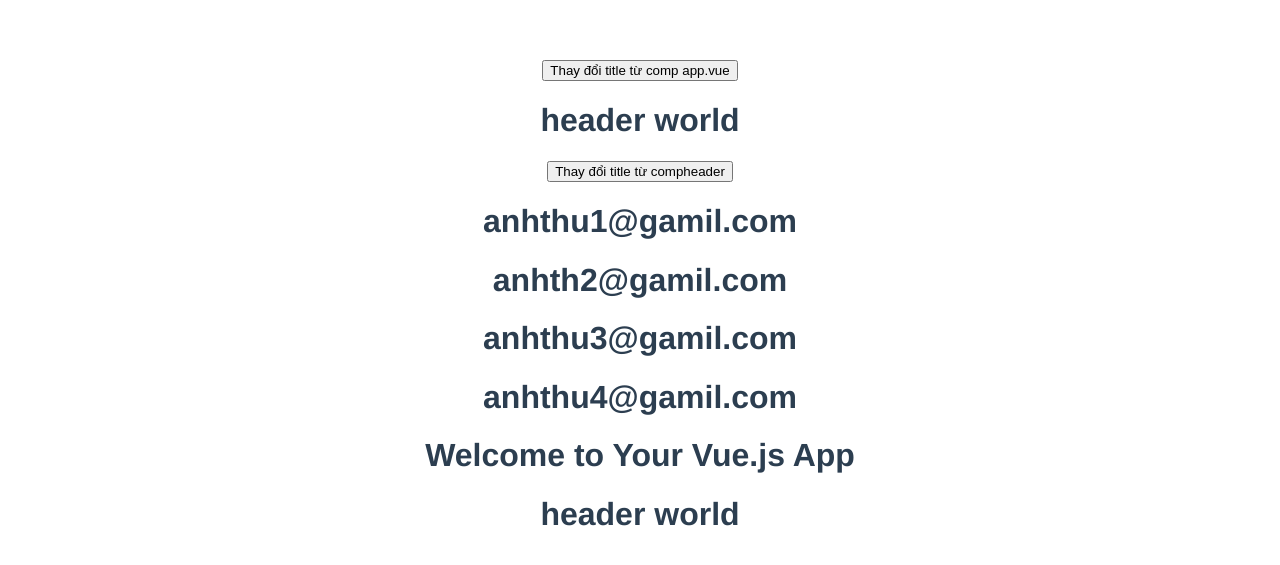
Repository: anhthu112/Todo-list
Page: /
These files come from the project's save history. The page is drawn as it stood at one moment and after the next save; the edit follows.
The browser window is 1280 px wide. The pictures show the whole page.
The project was rebuilt for these pictures with package versions that can differ from the ones it lists, and the page was loaded fresh each time. Also part of the build but not shown: vue.config.js.

Above is the page before, as saved 2024-01-22 15:55:20.

### src/App.vue
<template>
  <div class="container">
    <button v-on:click="title='Yoon Jeonghan'">Thay đổi title từ comp app.vue</button>
    <CompHeader v-bind:title="title"/>
    <ListUser v-bind:listUser="listUser"/>
    <HelloWorld msg="Welcome to Your Vue.js App"/>
    <ComFooter v-bind:title="title"/>
  </div>

</template>

<script>
import HelloWorld from './components/HelloWorld.vue'
import CompHeader from './components/CompHeader.vue';
import ComFooter from './components/ComFooter.vue';
import ListUser from './components/ListUser.vue';
export default {
  name: 'App',
  data(){
    return {
      title:'header world',
      listUser : [
        {id:1000, email:'anhthu1@gamil.com', active: true},
        {id:1001, email:'anhth2@gamil.com', active: true},
        {id:1002, email:'anhthu3@gamil.com', active: true},
        {id:1003, email:'anhthu4@gamil.com', active: false}
      ]
    }
  },
  components: {
    HelloWorld,
    CompHeader,
    ComFooter,
    ListUser
}
}
</script>

<style>
#app {
  font-family: Avenir, Helvetica, Arial, sans-serif;
  -webkit-font-smoothing: antialiased;
  -moz-osx-font-smoothing: grayscale;
  text-align: center;
  color: #2c3e50;
  margin-top: 60px;
}
</style>

### src/components/CompHeader.vue
<template>
    <header><h1>{{ title }}</h1></header>
    <button v-on:click="changeHeader">Thay đổi title từ compheader</button>
</template>
<script>
    export default{
        name: 'comp-header',
        props:{
            title: String,
        },
        data (){
            return {
            }
        },
        methods:{
            changeHeader(){
                this.title='Jeon Wonwoo';
            }
        }
    }
</script>

### src/components/ComFooter.vue
<template>
    <footer>
            <h1>{{ title }}</h1>
    </footer>

</template>
<script>
    export default{
        name: 'comp-footer',
        props: {
            title: String,
        }
    }
</script>

### src/components/ListUser.vue
<template>
    <div class="list-user">
      <User v-for="user in listUser" v-bind:key="user.id" v-bind:user="user" />
    </div>
</template>

  <script>
  import User from './User.vue';
  export default {
    name: 'ListUser',
    props: {
      listUser: {
        type: Array,
      },
    },
    components: {
      User,
    },
  };
  </script>

### src/components/User.vue
<template>
    <div class="user">
        <h1>{{ user.email }}</h1>
    </div>
</template>
<script>
    export default {
        name: 'userComponent',
        props:{
            user : {
                type: Object,
            }
        },
        data (){
            return {

            }
        }
    }
</script>

Loaded but not shown: public/index.html (common file); src/main.js (common file); src/components/HelloWorld.vue (common file)

After the next save:
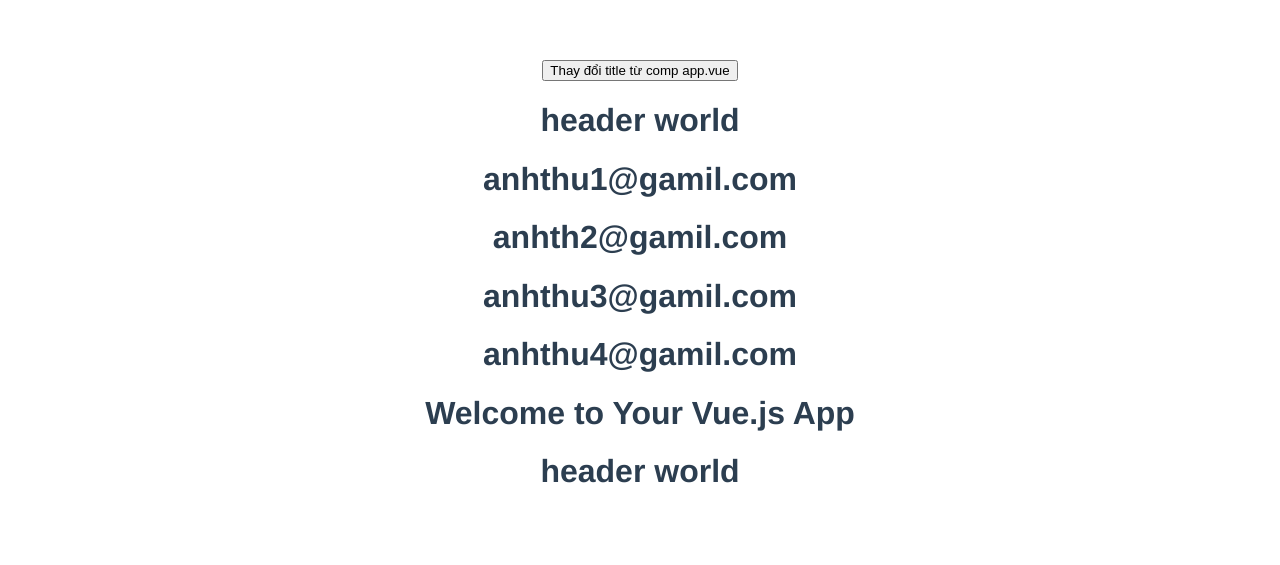
Saved 17 h 17 min later.
--- a/src/components/CompHeader.vue
+++ b/src/components/CompHeader.vue
@@ -1,6 +1,6 @@
 <template>
     <header><h1>{{ title }}</h1></header>
-    <button v-on:click="changeHeader">Thay đổi title từ compheader</button>
+    <!-- <button v-on:click="changeHeader">Thay đổi title từ compheader</button> -->
 </template>
 <script>
     export default{
